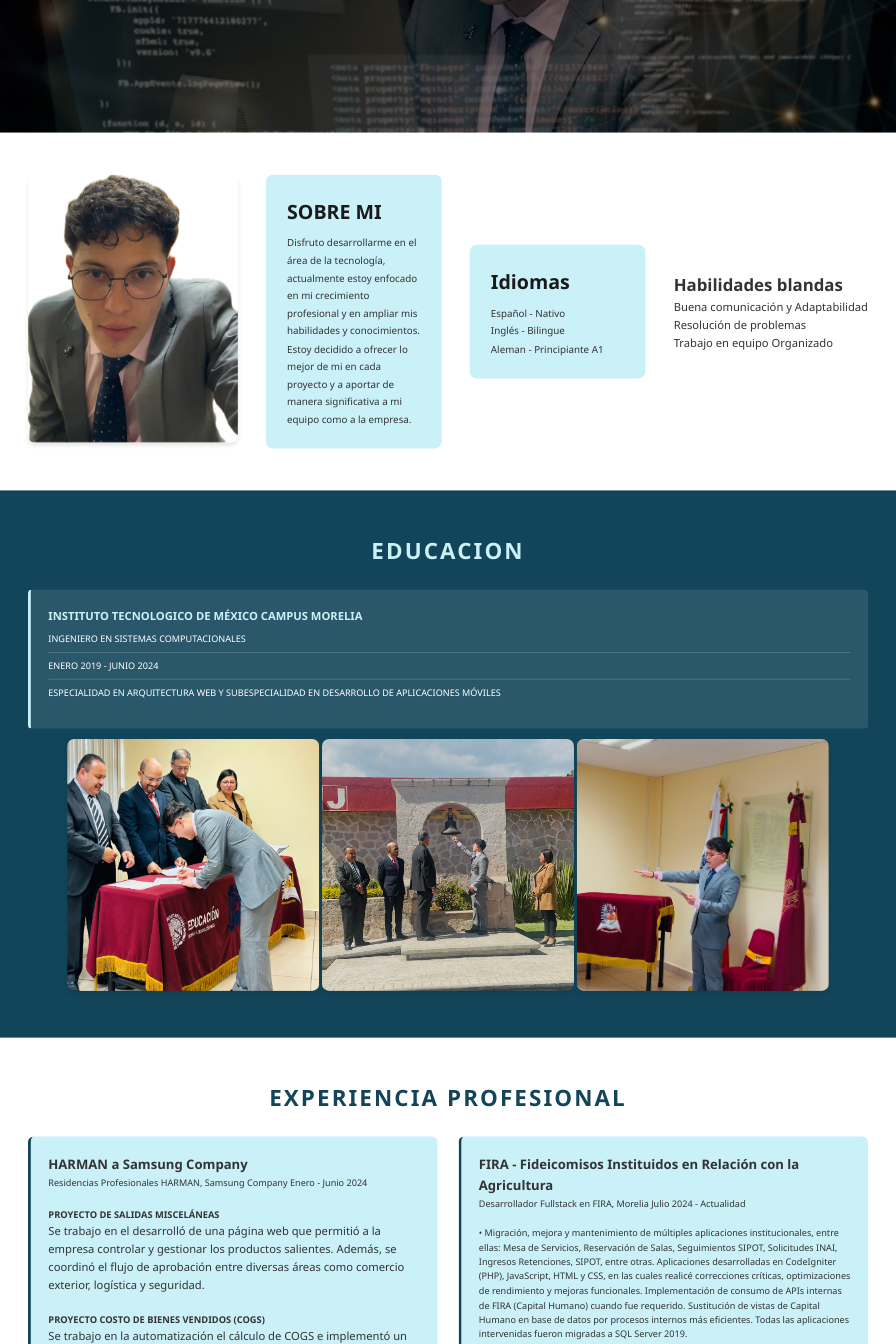
Repository: rafaelsilva2k/mi-portafolio
Page: index.html
These files come from the project's save history. The page is drawn as it stood at one moment and after a run of saves; the edit follows.
The browser window is 1280 px wide. The pictures show the part of the page from y = 411 to 2331 px (the page is 3315 px tall before and 3313 px after), at 70% of full size.

Above is the page before, as saved 2026-04-17 12:56:54.

After the next 4 saves:
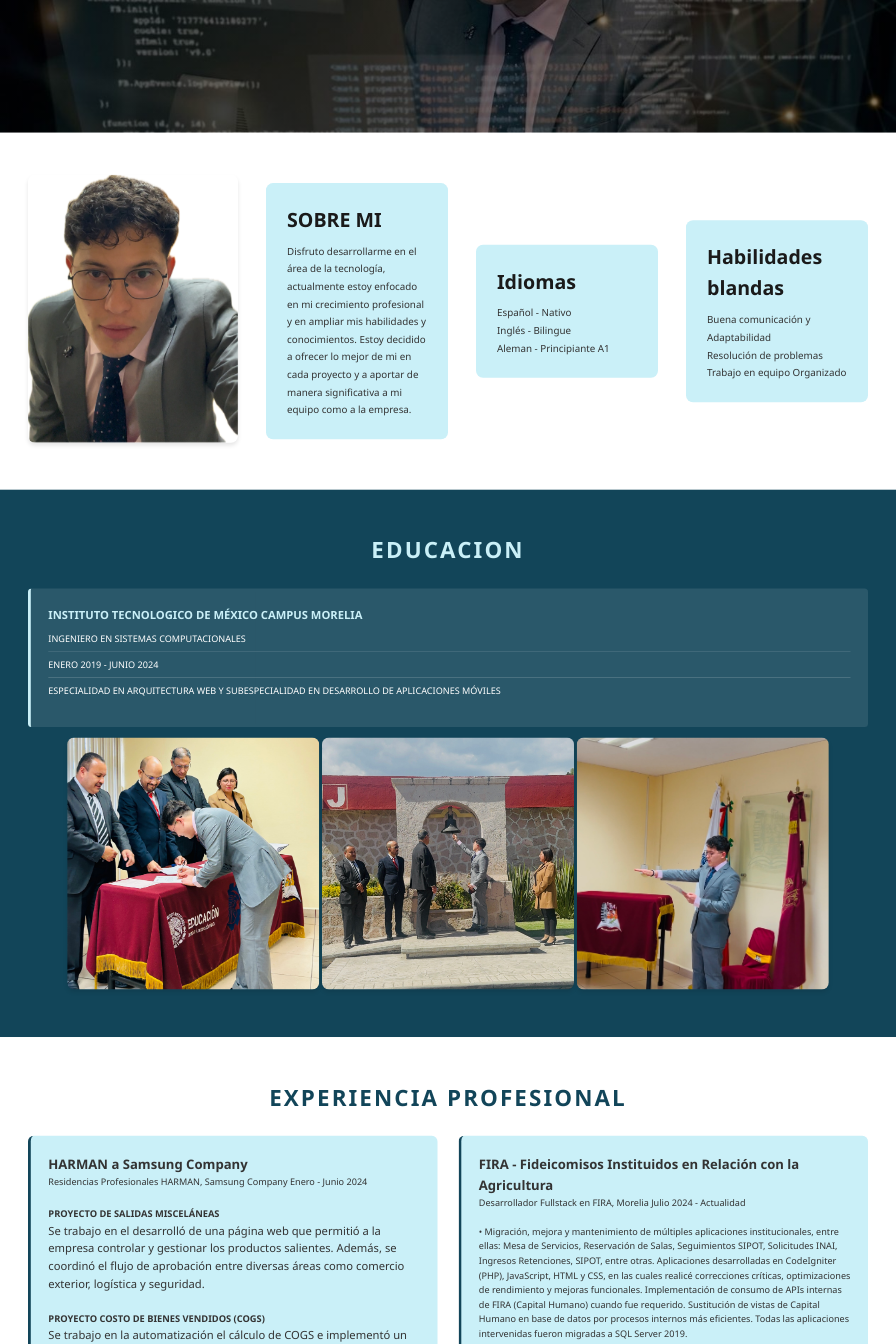
The 4 saves are shown as one change because they came seconds apart.
The last was saved 11 s later.
--- a/index.html
+++ b/index.html
@@ -48,7 +48,7 @@
                 <h2>Idiomas</h2>
                 <p>Español - Nativo <br> Inglés - Bilingue <br> Aleman - Principiante A1</p>
             </div>
-            <div>
+            <div class="sobre-mi-texto">
                 <h2>Habilidades blandas</h2>
                 <p>Buena comunicación y Adaptabilidad <br> Resolución de problemas <br> Trabajo en equipo  Organizado</p>
             </div>
